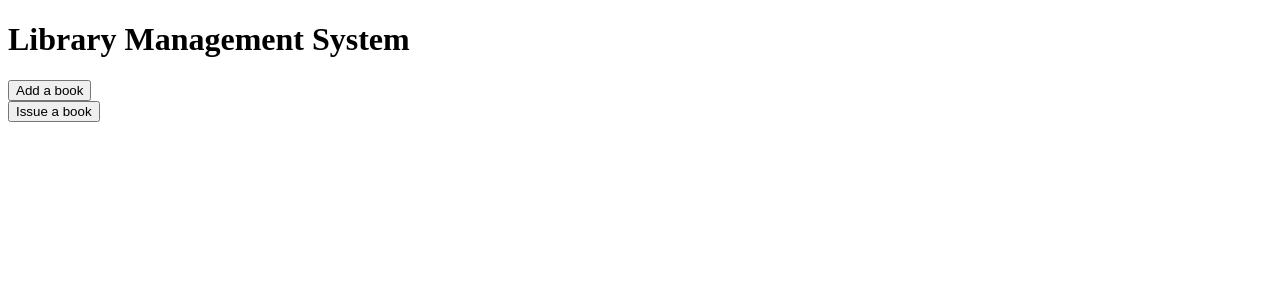
Repository: Shiru99/CS313-DBMS
Page: http://localhost/J2EEProject/
The author's editor kept a copy of each file at every save. The page is drawn from the files as they stood at one save, then again after the next save.
The browser window is 1280 px wide. The pictures show the whole page.
The page is served by Tomcat 9. Other server files are loaded and not shown.

Above is the page before, as saved 2020-11-02 23:55:59.

### Home Assignment 2/J2EEProject/WebContent/Home.jsp
<%@ page language="java" contentType="text/html; charset=ISO-8859-1"
    pageEncoding="ISO-8859-1"%>
<!DOCTYPE html PUBLIC "-//W3C//DTD HTML 4.01 Transitional//EN" "http://www.w3.org/TR/html4/loose.dtd">
<html>
	<head>
		<meta http-equiv="Content-Type" content="text/html; charset=ISO-8859-1">
		<title>Library</title>
	</head>
	<body>
		<h1>Library Management System</h1>

		<form action="Add.jsp" method="post">
			<input type="submit" value="Add a book"/>
		</form>

		<form action="Issue.jsp" method="post">
			<input type="submit" value="Issue a book"/>
		</form>

	</body>
</html>

After the next save:
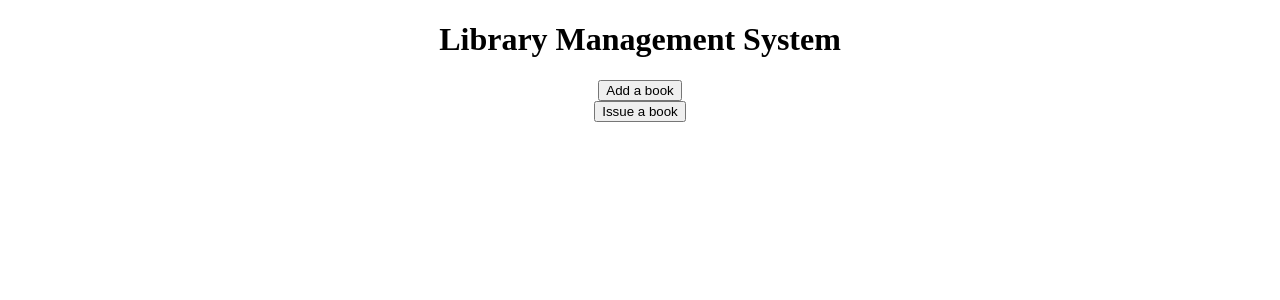
Saved 56 s later.
--- a/Home Assignment 2/J2EEProject/WebContent/Home.jsp
+++ b/Home Assignment 2/J2EEProject/WebContent/Home.jsp
@@ -7,15 +7,16 @@
 		<title>Library</title>
 	</head>
 	<body>
-		<h1>Library Management System</h1>
+		<center>
+			<h1>Library Management System</h1>
 
-		<form action="Add.jsp" method="post">
-			<input type="submit" value="Add a book"/>
-		</form>
+			<form action="Add.jsp" method="post">
+				<input type="submit" value="Add a book"/>
+			</form>
 
-		<form action="Issue.jsp" method="post">
-			<input type="submit" value="Issue a book"/>
-		</form>
-
+			<form action="Issue.jsp" method="post">
+				<input type="submit" value="Issue a book"/>
+			</form>
+		</center>
 	</body>
 </html>
